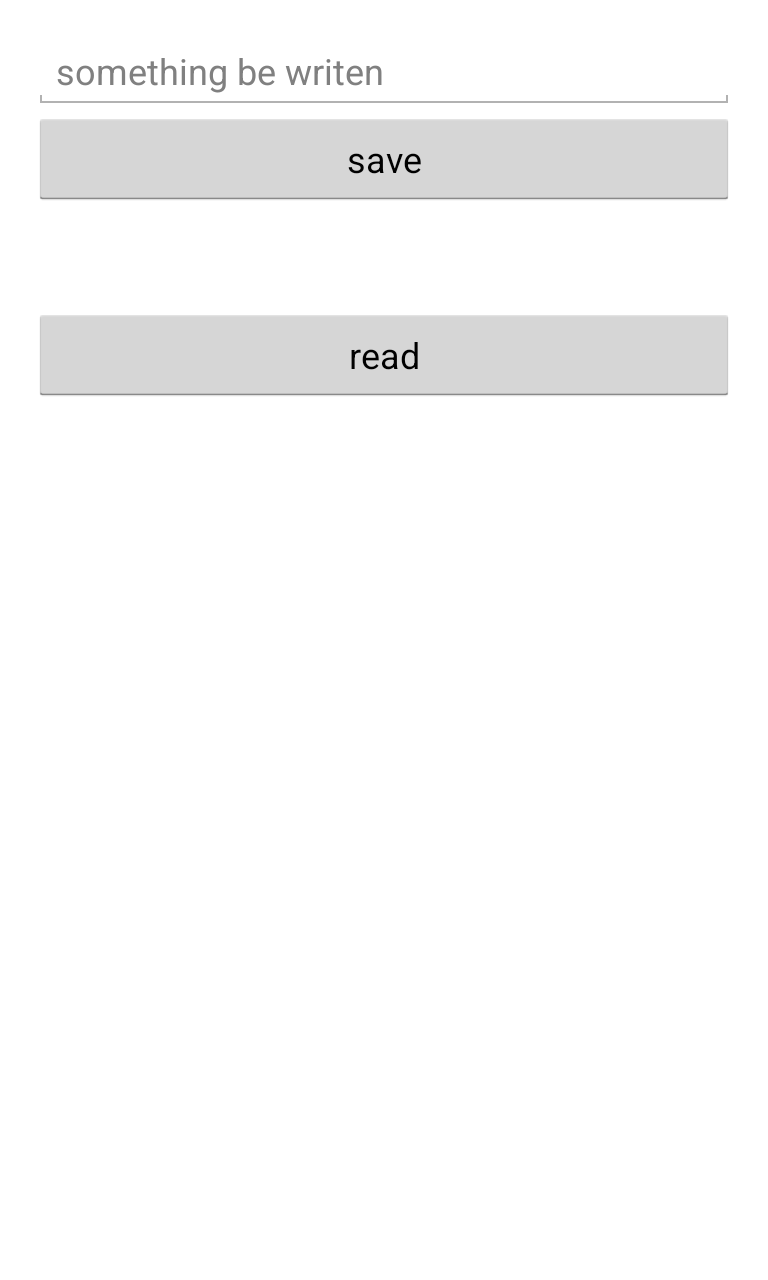
Repository: ZhenHangZhang/workspace
Layout: ZHZFileTest/res/layout/activity_main.xml
These files come from the project's save history. The layout is drawn as it stood at one moment and after the next save; the edit follows.
It is drawn on a 768 x 1280 px phone screen (xhdpi) without system bars, with theme AppTheme; the app's code is not run.

Above is the layout before, as saved 2017-06-09 14:04:58.

### ZHZFileTest/res/layout/activity_main.xml
<RelativeLayout xmlns:android="http://schemas.android.com/apk/res/android"
    xmlns:tools="http://schemas.android.com/tools"
    android:layout_width="match_parent"
    android:layout_height="match_parent"
    android:paddingBottom="@dimen/activity_vertical_margin"
    android:paddingLeft="@dimen/activity_horizontal_margin"
    android:paddingRight="@dimen/activity_horizontal_margin"
    android:paddingTop="@dimen/activity_vertical_margin"
    tools:context="com.example.zhzfiletest.MainActivity" >

  <EditText

      android:id="@+id/data"
      android:layout_width="match_parent"
      android:layout_height="wrap_content"
      android:hint="something be writen"

      />
    <Button

        android:id="@+id/save"
        android:layout_below="@+id/data"
        android:layout_width="match_parent"
        android:layout_height="wrap_content"
        android:text="save"

        />

    <Button

        android:id="@+id/read"
        android:layout_marginTop="50dp"
        android:layout_below="@+id/save"
        android:layout_width="match_parent"
        android:layout_height="wrap_content"
        android:text="read"
        />


</RelativeLayout>

Loaded but not shown: ZHZFileTest/res/values/styles.xml (common file); ZHZFileTest/res/values-v11/styles.xml (common file); ZHZFileTest/res/values-v14/styles.xml (common file); ZHZFileTest/res/values/dimens.xml (common file); ZHZFileTest/res/values-w820dp/dimens.xml (common file)

After the next save:
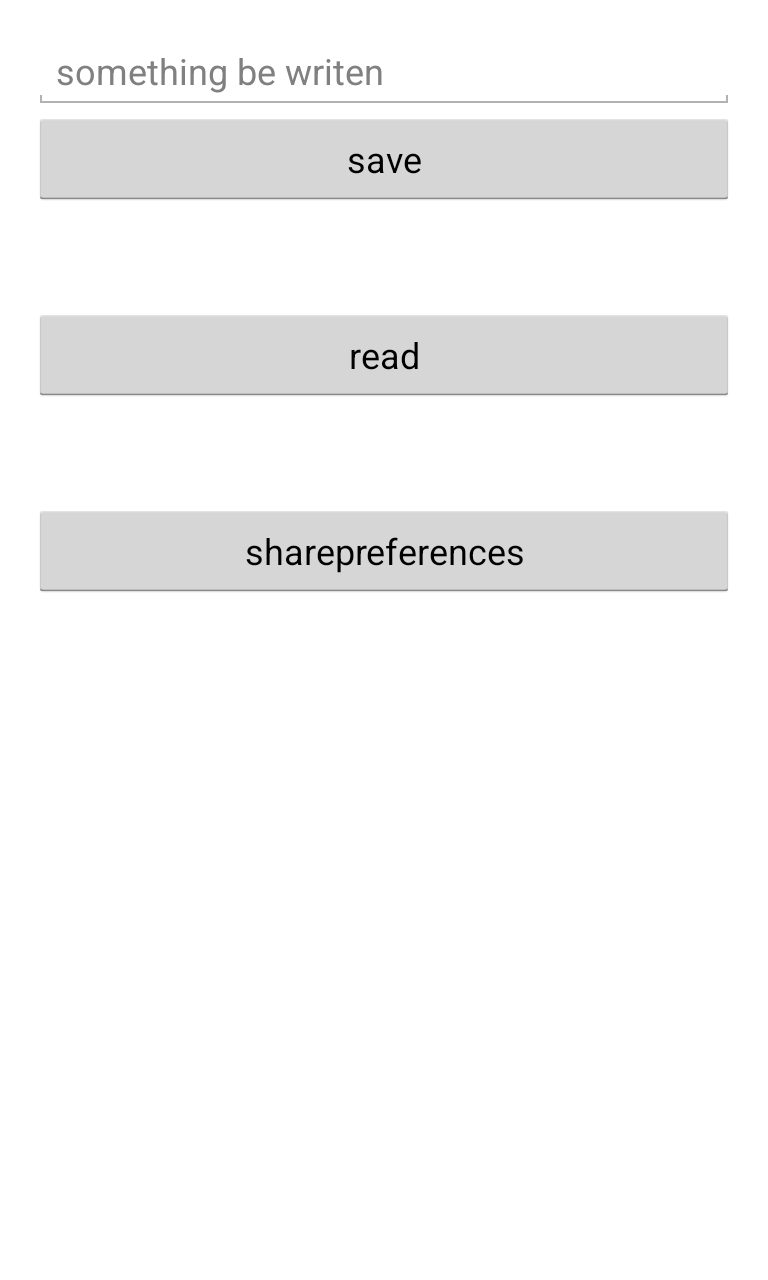
Saved 21 h 7 min later.
--- a/ZHZFileTest/res/layout/activity_main.xml
+++ b/ZHZFileTest/res/layout/activity_main.xml
@@ -36,5 +36,15 @@
         android:text="read"
         />
 
+        <Button
+
+        android:id="@+id/prederence"
+        android:layout_marginTop="50dp"
+        android:layout_below="@+id/read"
+        android:layout_width="match_parent"
+        android:layout_height="wrap_content"
+        android:text="sharepreferences"
+        />
+
 
 </RelativeLayout>
